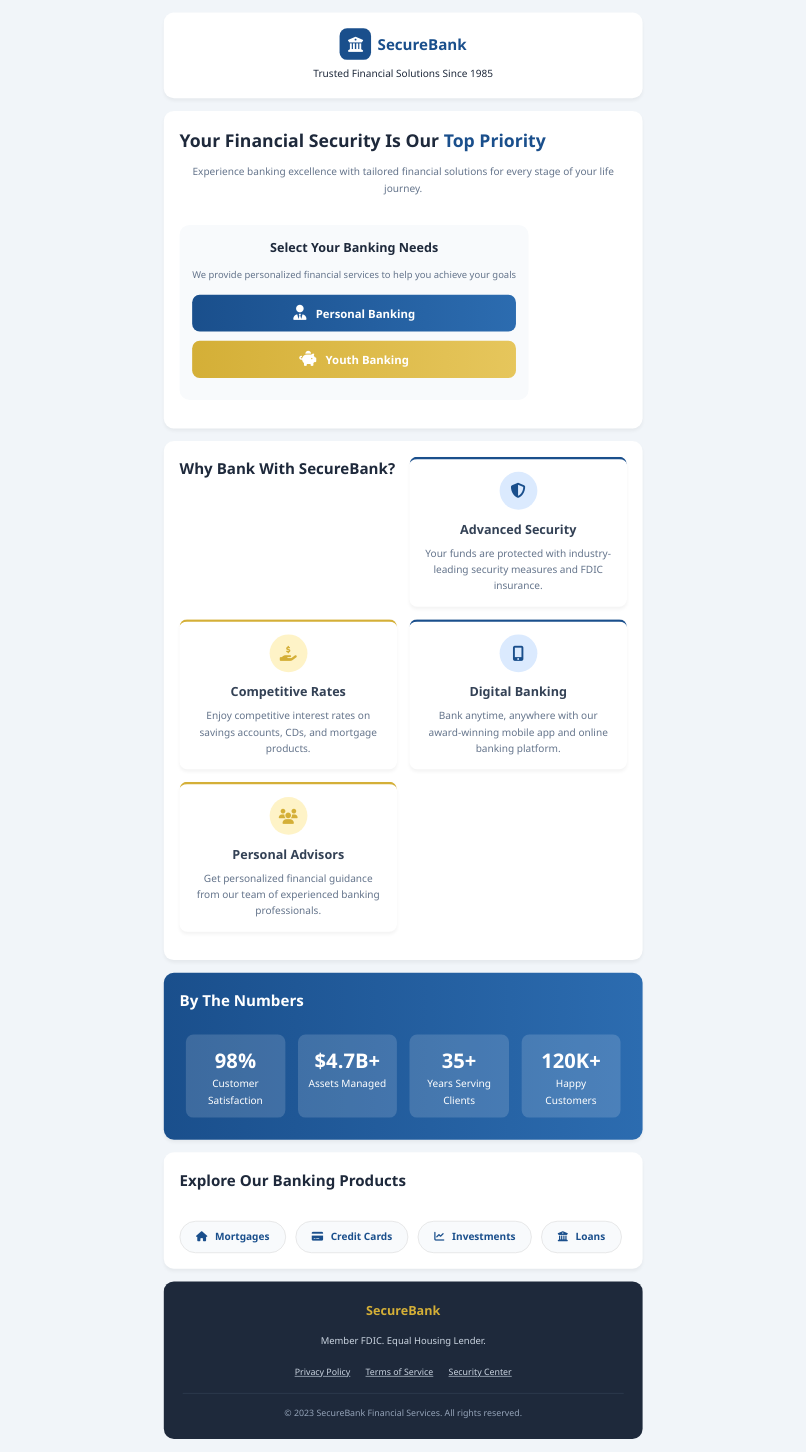
Repository: meenadabhii/loancalculator.nurcodes.com
Page: index.html
An editor plug-in stored every save of this project. The page is shown before and after the next save, followed by the edit.
The browser window is 1280 px wide. The pictures show the whole page, at 63% of full size.

Above is the page before, as saved 2025-08-28 15:25:12.

After the next save:
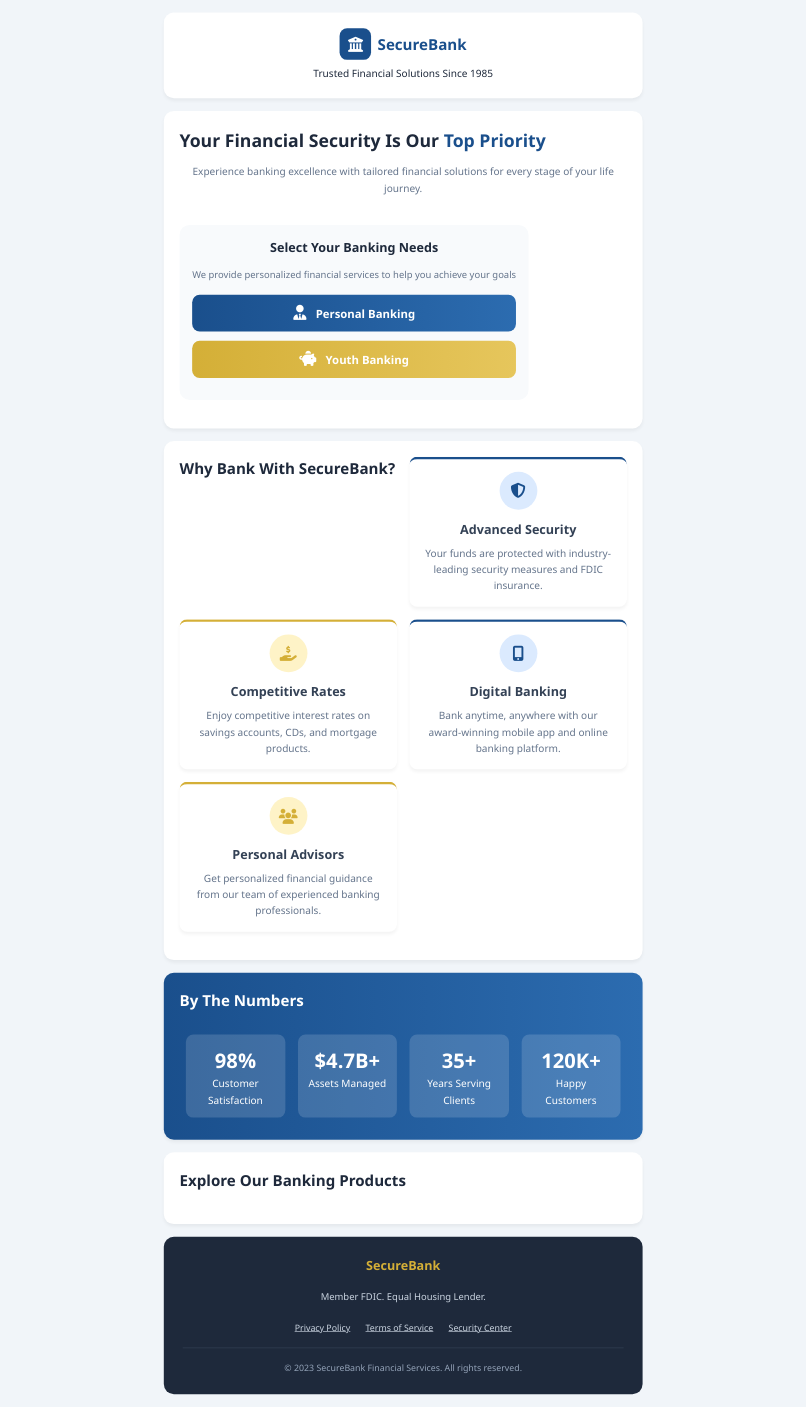
Saved 45 s later.
--- a/index.html
+++ b/index.html
@@ -273,20 +273,7 @@
             <h2 style="font-size: 24px; font-weight: 700; text-align: center; margin-bottom: 25px; color: var(--dark-blue);">
                 Explore Our Banking Products</h2>
 
-            <div style="display: flex; flex-wrap: wrap; justify-content: center; gap: 15px; margin-top: 20px;">
-                <a href="#" style="display: inline-block; padding: 12px 25px; background: var(--light-gray); color: var(--primary-blue); border-radius: 30px; text-decoration: none; font-weight: 600; border: 1px solid #ddd;">
-                    <i class="fas fa-home" style="margin-right: 8px;"></i> Mortgages
-                </a>
-                <a href="#" style="display: inline-block; padding: 12px 25px; background: var(--light-gray); color: var(--primary-blue); border-radius: 30px; text-decoration: none; font-weight: 600; border: 1px solid #ddd;">
-                    <i class="fas fa-credit-card" style="margin-right: 8px;"></i> Credit Cards
-                </a>
-                <a href="#" style="display: inline-block; padding: 12px 25px; background: var(--light-gray); color: var(--primary-blue); border-radius: 30px; text-decoration: none; font-weight: 600; border: 1px solid #ddd;">
-                    <i class="fas fa-chart-line" style="margin-right: 8px;"></i> Investments
-                </a>
-                <a href="#" style="display: inline-block; padding: 12px 25px; background: var(--light-gray); color: var(--primary-blue); border-radius: 30px; text-decoration: none; font-weight: 600; border: 1px solid #ddd;">
-                    <i class="fas fa-university" style="margin-right: 8px;"></i> Loans
-                </a>
-            </div>
+
         </div>
 
         <!-- Footer -->
@@ -307,4 +294,4 @@
     </div>
 </body>
 
-</html>
+</html
